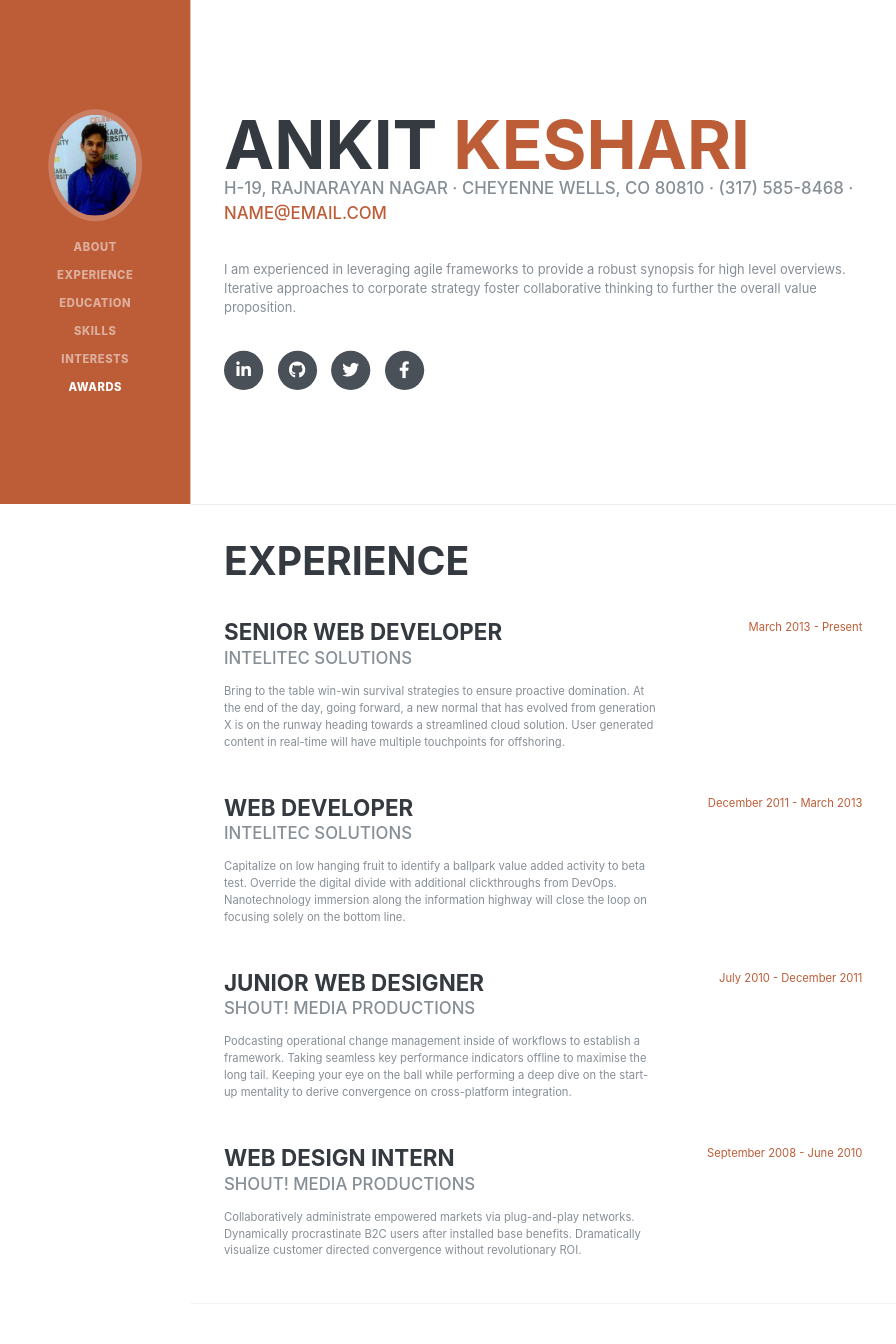
Repository: ankitkeshari719/ankitkeshari719.github.io
Page: index.html
An editor plug-in stored every save of this project. The page is shown before and after the next save, followed by the edit.
The browser window is 1280 px wide. The pictures show the part of the page from y = 0 to 1920 px (the page is 4746 px tall), at 70% of full size.
Some web fonts or font styles are not loaded; a fallback is used.

Above is the page before, as saved 2020-03-13 15:52:08.

After the next save:
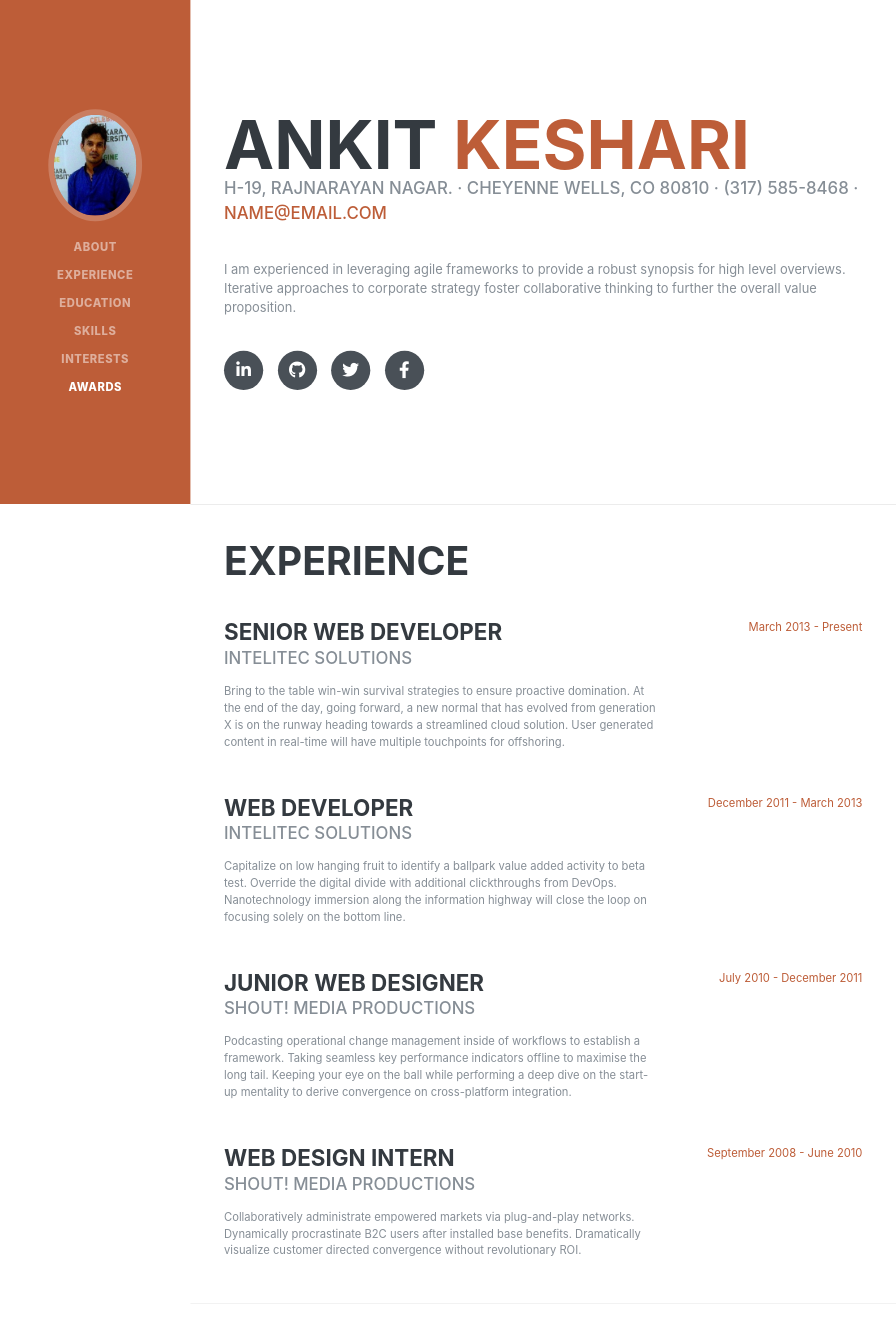
Saved 12 s later.
--- a/index.html
+++ b/index.html
@@ -65,7 +65,7 @@
         <h1 class="mb-0">Ankit
           <span class="text-primary">Keshari</span>
         </h1>
-        <div class="subheading mb-5">H-19, Rajnarayan Nagar · Cheyenne Wells, CO 80810 · (317) 585-8468 ·
+        <div class="subheading mb-5">H-19, Rajnarayan Nagar.  · Cheyenne Wells, CO 80810 · (317) 585-8468 ·
           <a href="mailto:name@email.com">name@email.com</a>
         </div>
         <p class="lead mb-5">I am experienced in leveraging agile frameworks to provide a robust synopsis for high level overviews. Iterative approaches to corporate strategy foster collaborative thinking to further the overall value proposition.</p>
